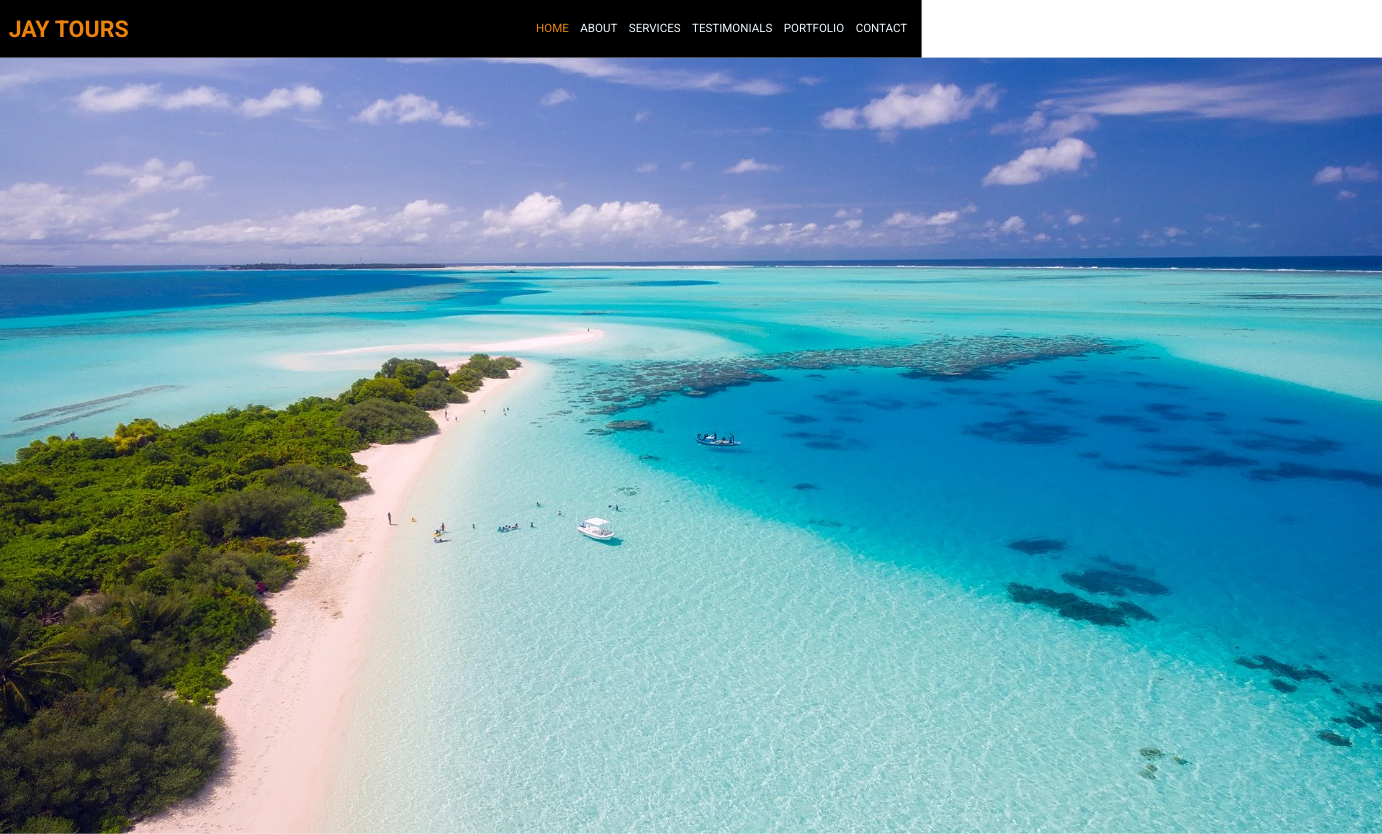
Repository: kasundiudn/Jay-Travel
Page: index.html
An editor plug-in stored every save of this project. The page is shown before and after the next save, followed by the edit.
The browser window is 1280 px wide. The page is 1920 px wide, then 1280 px, so the pictures cover 1920 px, including what lies to the right of the window. The pictures show the whole page, at 72% of full size.

Above is the page before, as saved 2025-06-26 09:37:31.

After the next save:
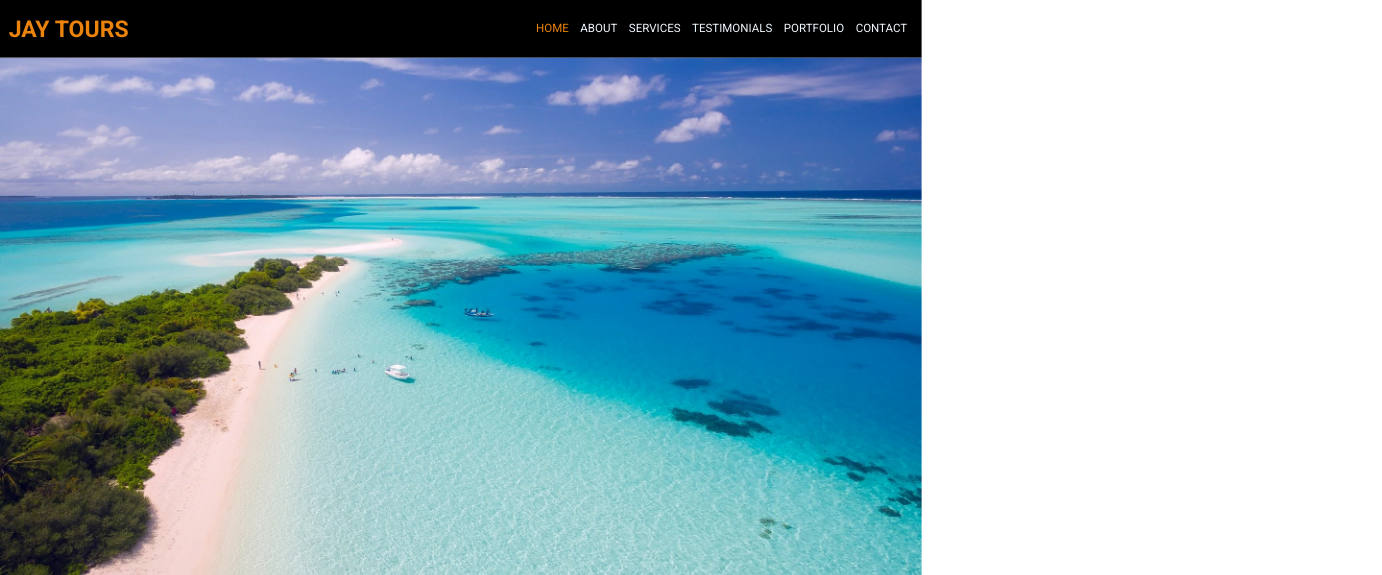
Saved 20 s later.
--- a/index.html
+++ b/index.html
@@ -49,9 +49,8 @@
   </div>
 </nav>
 </header>
-<div class="image-container">
-  <img src="main.jpg" alt="Beach View">
-</div>
+<img src="main.jpg" alt="Beach image" style="width: 100%; height: auto;">
+
 
 
     <script src="https://cdn.jsdelivr.net/npm/@popperjs/core@2.11.8/dist/umd/popper.min.js" integrity="sha384-I7E8VVD/ismYTF4hNIPjVp/Zjvgyol6VFvRkX/vR+Vc4jQkC+hVqc2pM8ODewa9r" crossorigin="anonymous"></script>
